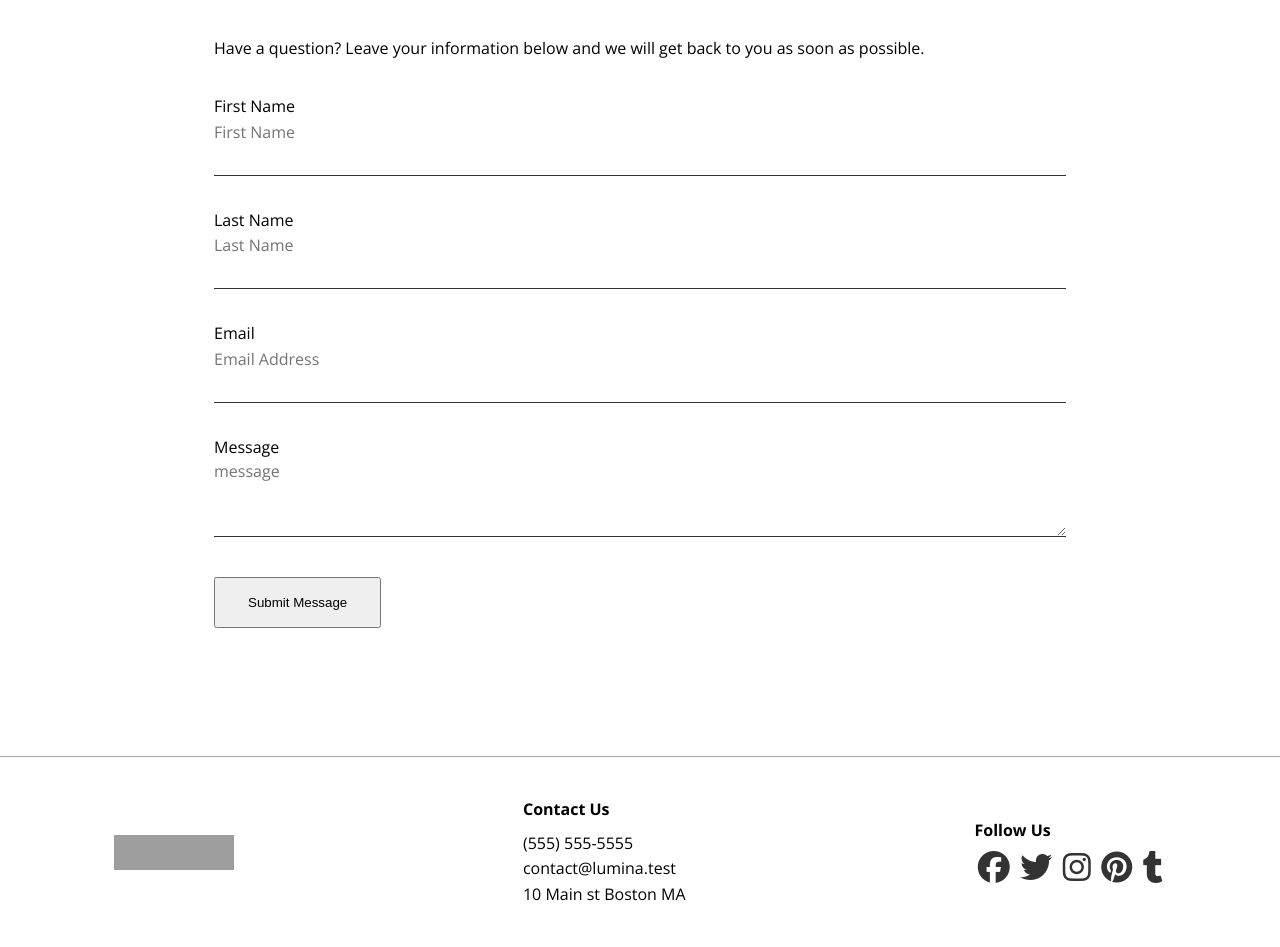
Repository: AchrafAzzaoui/lumina-creative-html-css-project
Page: lumina-creative/contact.html
The author's editor kept a copy of each file at every save. The page is drawn from the files as they stood at one save, then again after a run of saves.
The browser window is 1280 px wide. The pictures show the part of the page from y = 738 to 1690 px (the page is 1685 px tall before and 1690 px after).
Pictures or frames that could not be fetched are drawn as grey boxes. A picture or video elsewhere on the page could not be fetched, so the positions and the page height are approximate. Some web libraries are served in a nearby version.

Above is the page before, as saved 2024-08-22 22:44:02.

After the next 2 saves:
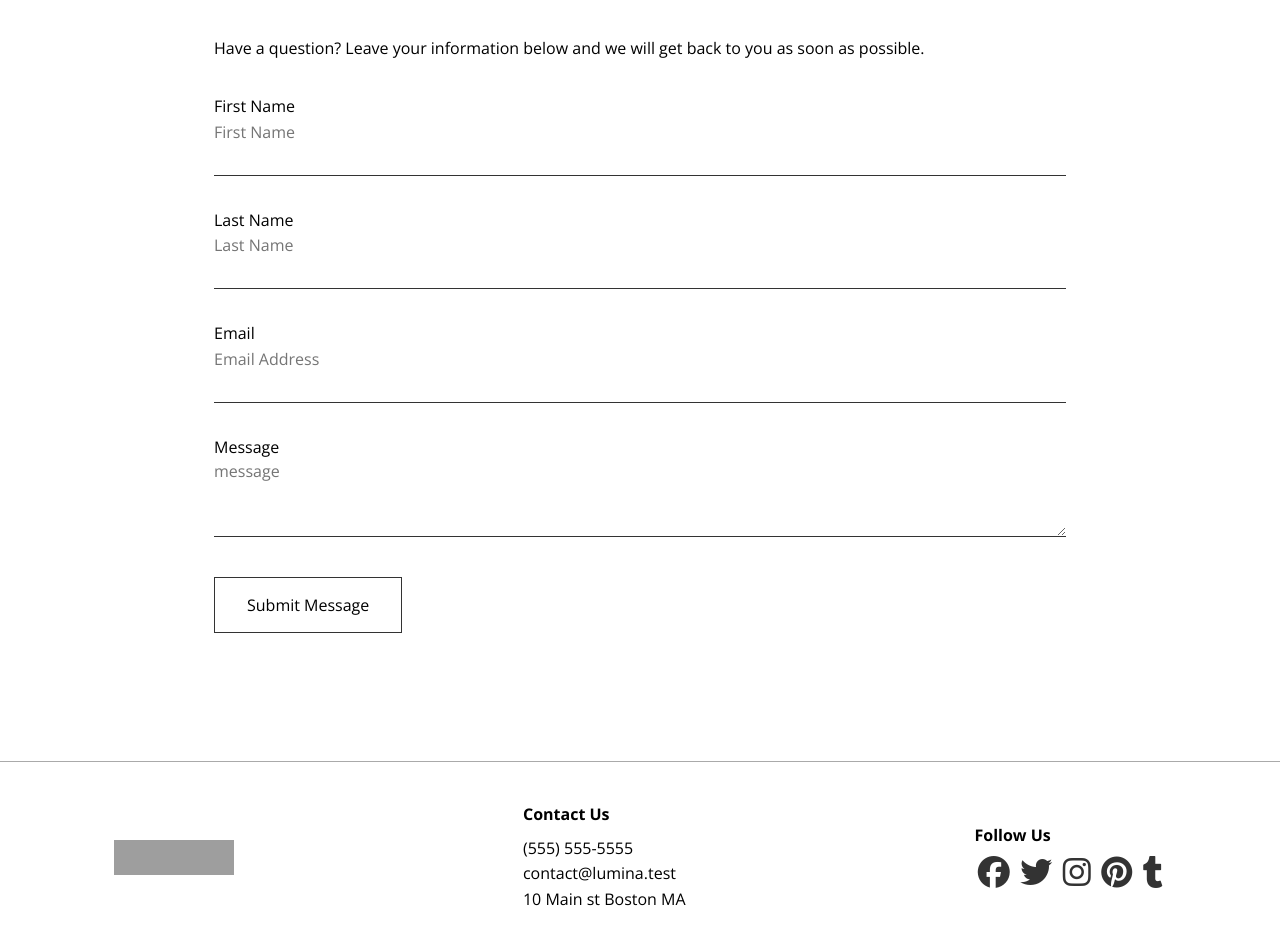
The 2 saves are shown as one change because they came seconds apart.
The last was saved 48 s later.
--- a/lumina-creative/css/styles.css
+++ b/lumina-creative/css/styles.css
@@ -50,6 +50,11 @@ img {
 
 .btn {
   padding: 1rem 2rem;
+  border: 1px solid #333;
+  background-color: transparent;
+  font-family: inherit;
+  font-size: inherit;
+  cursor: pointer;
 }
 /* Container */
 
